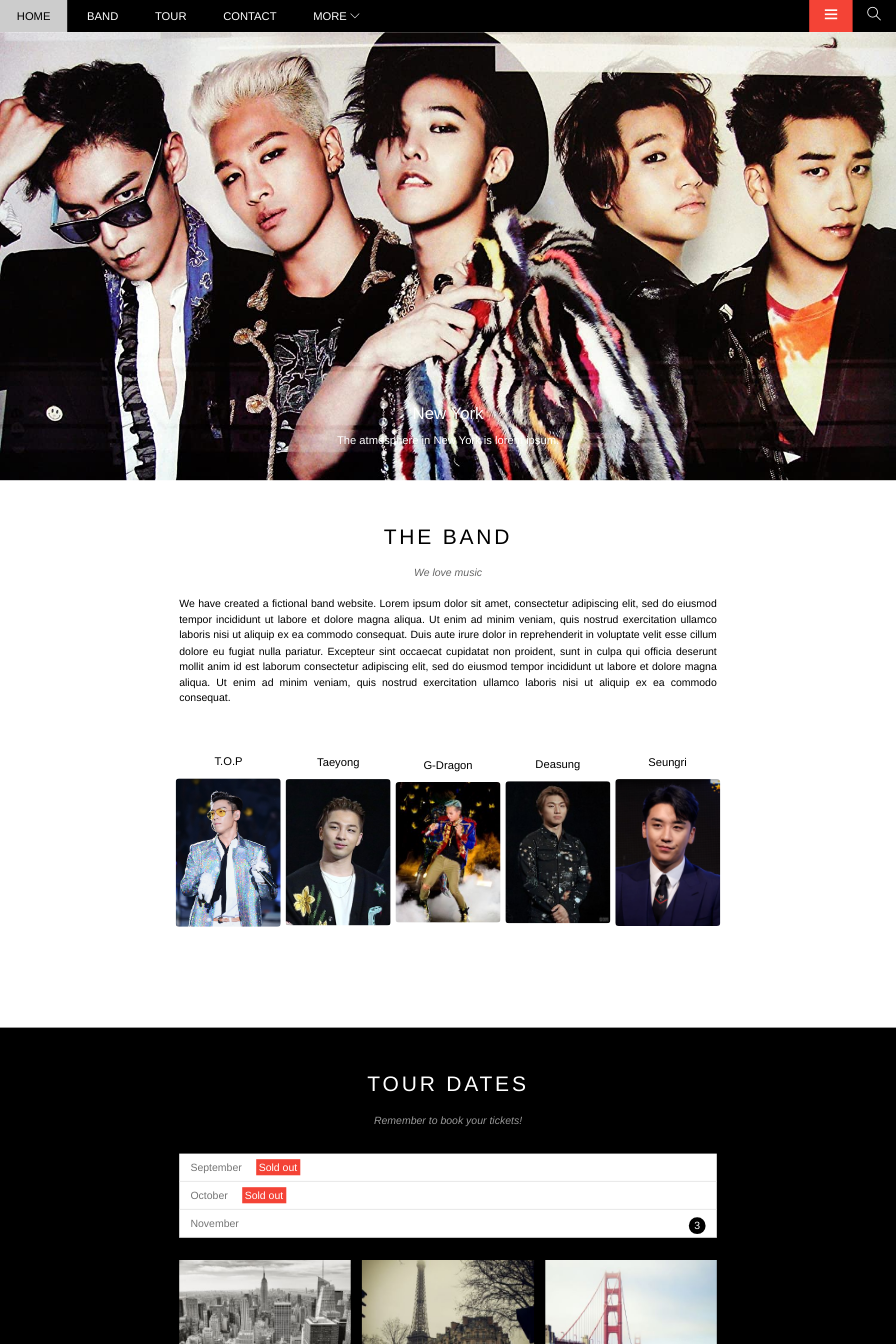
Repository: ThinhTran2k/BigBang-Band-Website
Page: index.html
These files come from the project's save history. The page is drawn as it stood at one moment and after the next save; the edit follows.
The browser window is 1280 px wide. The pictures show the part of the page from y = 0 to 1920 px (the page is 3651 px tall), at 70% of full size.

Above is the page before, as saved 2021-03-15 15:42:54.

### index.html
<!DOCTYPE html>
<html lang="en">
<head>
    <meta charset="UTF-8">
    <meta http-equiv="X-UA-Compatible" content="IE=edge">
    <meta name="viewport" content="width=device-width, initial-scale=1.0">
    <title>Brand</title>
    <link rel="icon" href="asset/img/favicon.png" type="image/x-icon" />
    <link rel="stylesheet" href="./asset/css/style.css">
    <link rel="stylesheet" href="./asset/css/responsive.css">
    <link rel="stylesheet" href="./asset/font/themify-icons/themify-icons.css">
</head>
<body>
    <div class="wrapper">
        <div class="header">
            <!-- Navigation -->
            <ul class="nav">
                <li><a href="#">Home</a></li>
                <li><a href="#band">Band</a></li>
                <li><a href="#tour">Tour</a></li>
                <li><a href="#contact">Contact</a></li>
                <li>
                    <a href="">
                        More
                        <i class="nav-arrow-icon ti-angle-down"></i>
                    </a>
                    <ul class="subnav">
                        <li><a href="#">Merchandise</a></li>
                        <li><a href="#">Extras</a></li>
                        <li><a href="#">Media</a></li>
                    </ul>
                </li>
            </ul>

            <!-- Search -->
            <div class="header__search">
                <i class="header__search-icon ti-search"> </i>
            </div>

            <div class="mobi-menu-responsive">
                <i class="menu-icon ti-menu"></i>
            </div>
        </div>

        <div class="slider">
            <div class="text-content">
                <h2 class="text-heading">New York</h2>
                <div class="text-description">The atmosphere in New York is lorem ipsum.</div>
            </div>
        </div>

        <div class="content" >
            <div class="content-section" id="band">
                <h2 class="section-heading">THE BAND</h2>
                <p class="section-subheading">We love music</p>
                <p class="about">We have created a fictional band website. Lorem ipsum dolor sit amet, consectetur adipiscing elit, sed do eiusmod tempor
                incididunt ut labore et dolore magna aliqua. Ut enim ad minim veniam, quis nostrud exercitation ullamco laboris nisi ut
                aliquip ex ea commodo consequat. Duis aute irure dolor in reprehenderit in voluptate velit esse cillum dolore eu fugiat
                nulla pariatur. Excepteur sint occaecat cupidatat non proident, sunt in culpa qui officia deserunt mollit anim id est
                laborum consectetur adipiscing elit, sed do eiusmod tempor incididunt ut labore et dolore magna aliqua. Ut enim ad minim
                veniam, quis nostrud exercitation ullamco laboris nisi ut aliquip ex ea commodo consequat.
                </p>

                <div class="row member-list">
                    <div class="member-item">
                        <p class="member-name">T.O.P</p>
                        <img src="./asset/img/T.O.P.jpg" alt="name" class="member-img">
                    </div>
                    <div class="member-item">
                        <p class="member-name">Taeyong</p>
                        <img src="./asset/img/Taeyong.jpg" alt="name" class="member-img">
                    </div>
                    <div class="member-item">
                        <p class="member-name">G-Dragon</p>
                        <img src="./asset/img/G-dragon.jpg" alt="name" class="member-img">
                    </div>
                    <div class="member-item">
                        <p class="member-name">Deasung</p>
                        <img src="./asset/img/Deasung.jpg" alt="name" class="member-img">
                    </div>
                    <div class="member-item">
                        <p class="member-name">Seungri</p>
                        <img src="./asset/img/Seung-hyun.png" alt="name" class="member-img">
                    </div>
                </div>
            </div>
            <div class="content-section--black" id="tour">
                <div class="content-section">
                    <h2 class="section-heading text-white">TOUR DATES</h2>
                    <p class="section-subheading text-white">Remember to book your tickets!</p>
                    <!-- Tickets -->
                    <ul class="tickets-list">
                        <li>September <span class="sold-out">Sold out</span></li>
                        <li>October <span class="sold-out">Sold out</span></li>
                        <li>November <span class="quantity">3</span></li>
                    </ul>
                    <!-- Places -->
                    <div class="row place-list">
                        <div class="col col-third">
                            <img src="./asset/img/newyork.jpg" alt="place" class="place-img">
                            <div class="place-content">
                                <h3 class="place-heading">New York</h3>
                                <p class="place-time">Fri 27 Nov 2016</p>
                                <p class="place-desc">Praesent tincidunt sed tellus ut rutrum sed vitae justo.</p>
                                <a href="#" class="place-buy-btn">Buy Tickets</a>
                            </div>
                        </div>
                        <div class="col col-third">
                            <img src="./asset/img/paris.jpg" alt="place" class="place-img">
                            <div class="place-content">
                                <h3 class="place-heading">Paris</h3>
                                <p class="place-time">Sat 28 Nov 2017</p>
                                <p class="place-desc">Praesent tincidunt sed tellus ut rutrum sed vitae justo.</p>
                                <a href="#" class="place-buy-btn">Buy Tickets</a>
                            </div>
                        </div>
                        <div class="col col-third">
                            <img src="./asset/img/sanfran.jpg" alt="place" class="place-img">
                            <div class="place-content">
                                <h3 class="place-heading">San Fancisco</h3>
                                <p class="place-time">Sun 29 Nov 2018</p>
                                <p class="place-desc">Praesent tincidunt sed tellus ut rutrum sed vitae justo.</p>
                                <a href="#" class="place-buy-btn">Buy Tickets</a>
                            </div>
                        </div>
                    </div>
                </div>
            </div>
            <div class="content-section" id="contact">
                <h2 class="section-heading">CONTACT</h2>
                <p class="section-subheading">Fan? Drop a note!</p>

                <div class="row contact-content">
                    <div class="col col-half contact-infor">
                        <p><i class="ti-location-pin"></i>Chicago, US</p>
                        <p><i class="ti-mobile"></i>Phone: +00 151515/p>
                        <p><i class="ti-email"></i>Email: mail@mail.com</p>
                    </div>
                    <div class="col col-half contact-form">
                        <form action="">
                            <div class="row ">
                                <div class="col col-half">
                                    <input type="text" name="" id="" class="form-control" required placeholder="Name">
                                </div>
                                <div class="col col-half">
                                    <input type="email" name="" id="" class="form-control" required placeholder="Email">
                                </div>
                            </div>
                            <div class="row mt-8">
                                <div class="col col-full">
                                    <input type="text" name="" id="" class="form-control" required placeholder="Message">
                                </div>
                            </div>
                            <input type="submit" value="SEND" class="form-btn">
                        </form>
                    </div>
                </div>
            </div>

            <div class="map-section" >
                <img src="./asset/img/map.jpg" alt="map">
            </div>
        </div>

        <div class="footer">
            <div class="social-list">
                <a href=""><i class="ti-facebook"></i></a>
                <a href=""><i class="ti-instagram"></i></a>
                <a href=""><i class="ti-pinterest"></i></a>
                <a href=""><i class="ti-linkedin"></i></a>
                <a href=""><i class="ti-twitter-alter"></i></a>
                <a href=""><i class="ti-dropbox-alt"></i></a>
            </div>
            <p class="copyright">Powered by <a href="#">w3.css</a></p>
        </div>
    </div>
</body>
</html>

### asset/css/style.css
/* Reset CSS */
*{
    padding: 0;
    margin: 0;
    box-sizing: border-box;
}

html {
    scroll-behavior: smooth;
    font-family: Helvetica, Arial , sans-serif;
}

/* Common css */
.text-white {
    color: #fff !important;
}
.row {
    display: flex;
    justify-content: space-between;
    margin-left: -8px;
    margin-right: -8px;
}
.col {
    padding: 0 8px;
}
.col-third {
    width: 33.33%;
}
.col-half {
    width: 50%;
}
.col-full {
    width: 100%;
}
/* end */

/* Main */
.wrapper {

}

.header {
    position: fixed;
    top: 0;
    left: 0;
    right: 0;
    z-index: 1;
    height: 46px;
    background-color: #000;
    overflow: hidden;
}

.nav {
    display: inline-block;
}
.nav .subnav {
    display: none;
    position: absolute;
    top: 100%;
    left: 0;
    min-width: 160px;
    background-color: #fff;
    box-shadow: 0 0 10px rgba(0, 0, 0, 0.3);
}
.nav, .subnav {
    list-style: none;
}
.nav .subnav li:hover, .nav > li:hover > a {
    color: #000;
    background-color: #ccc;
}
.nav .subnav a {
    line-height: 38px;
    padding: 0 16px;
    color: #000;
}

.nav li:hover .subnav {
    display: block;
}
.nav > li {
    display: inline-block;
}
.nav > li > a {
    text-transform: uppercase;
    color: #fff;
}
.nav li{
    position: relative;
}
.nav li a {
    display: block;
    cursor: pointer;
    padding: 0 24px;
    line-height: 46px;
    text-decoration: none;
}
.nav-arrow-icon {
    font-size: 14px;
}
.header .header__search,
.header .mobi-menu-responsive {
    float: right;
    padding: 0 21px;
    line-height: 46px;
}
.header .mobi-menu-responsive,
.header .header__search:hover {
    cursor: pointer;
    background-color: #f44336;
}
.header .menu-icon,
.header__search-icon {
    color: #fff;
    font-size: 20px;
}

.slider {
    position: relative;
    margin-top: 46px;
    padding-top: 50%;
    background-image: url('/asset/img/slider2.jpg');
    background-size: cover;
    background-repeat: no-repeat;
    background-position: top center;
}
.text-content {
    position: absolute;
    color: #fff;
    bottom: 48px;
    left: 50%;
    transform: translateX(-50%);
    text-align: center;
}
.text-heading {
    font-weight: 500;
}
.text-description {
    padding-top: 15px;
}


.content {

}
.content-section {
    width: 800px;
    max-width: 100%;
    margin: 0 auto;
    padding: 64px 16px 112px;
}
.section-heading {
    font-weight: 500;
    font-size: 30px;
    text-align: center;
    letter-spacing: 4px;
}
.section-subheading {
    font-size: 15px;
    text-align: center;
    margin-top: 25px;
    font-style: italic;
    opacity: 0.6;
}
.about {
    margin-top: 25px;
    font-size: 15px;
    text-align: justify;
    line-height: 1.5;
}
.member-list {
    margin-top: 38px;
    padding: 32px 0;
}
.member-item {
    display: flex;
    flex-direction: column;
    align-items: center;
    justify-content: center;
    width: 20%;
}
.member-item .member-name {
    margin-bottom: 15px;
}
.member-item .member-img {
    border-radius: 5px;
    width: 150px;
    object-fit: contain;
}
.content-section--black {
    background-color: #000;
}
.tickets-list {
    list-style: none;
    margin-top: 40px;
    background-color: #fff;
}
.tickets-list li {
    color: #757575;
    font-size: 15px;
    padding: 11px 16px;
    border-bottom: 1px solid #ddd;
}
.sold-out {
    background-color: #f44336;
    padding: 3px 4px;
    color: #fff;
    margin-left: 16px;
}
.quantity {
    float: right;
    width: 24px;
    height: 24px;
    line-height: 24px;
    text-align: center;
    border-radius: 50%;
    background-color: #000;
    color: #fff;
}
.place-list {
    /* kĩ thuật căn lề trái vs lề phải */
    margin-top: 32px;
}
.place-img {
    display: block;
    width: 100%;
    height: 190px;
}
.place-img:hover { opacity: 0.6;}
.place-content {
    font-size: 15px;
    padding: 16px;
    background-color: #fff;
}
.place-heading {
    font-size: 15px;
    font-weight: 600;
}
.place-time {
    color: #757575;
    margin-top: 15px;
}
.place-desc {
    margin-top: 15px;
}
.place-buy-btn {
    display: inline-block;
    color: #fff;
    background-color: #000;
    padding: 11px 16px;
    margin-top: 15px;
    text-decoration: none;
}
.place-buy-btn:hover {color: #000; background-color: #ccc;}
/* Contact Form */
.contact-content {
    margin-top: 48px;
}
.contact-infor {
    font-size: 18px;
    line-height: 1.5;
}
.contact-infor i[class*="ti-"] { width: 30px; display: inline-block;}
.contact-form {
    font-size: 15px;
}
.form-control {
    padding: 10px;
    border: 1px solid #ccc;
    width: 100%;
}
.mt-8 {
    margin-top: 8px;
}
.form-btn {
    display: block;
    margin-left: auto;
    margin-top: 16px;
    margin-bottom: 16px;
    padding: 12px 16px;
    text-align: right;
    border:none;
    color: #fff;
    background-color: #000;
}
.form-btn:hover { background-color: #ccc; cursor: pointer;color: #000;}
/* Map */
.map-section img {
    width: 100%;
}

.footer {
    padding: 64px 16px;
    text-align: center;
}
.footer .social-list {
    font-size: 24px;
}
.footer .social-list a {text-decoration: none; color: rgba(0, 0, 0, 0.6);}
.footer .social-list a:hover ,.footer .copyright a:hover { color: rgba(0, 0, 0, 0.4);}
.footer .copyright {
    margin-top: 15px;
    font-size: 15px;
    color: rgba(0, 0, 0, 0.6);
}
.footer .copyright a {
    color: rgba(0, 0, 0, 0.6);
}

### asset/css/responsive.css
/* Mobile */
@media (max-width: 740px) {
    .nav > li {
        display: block;
    }

    .header .header__search {
        display: none;
    }

    .mobi-menu-responsive {

    }
}

Loaded but not shown: asset/font/themify-icons/themify-icons.css (common file)

After the next save:
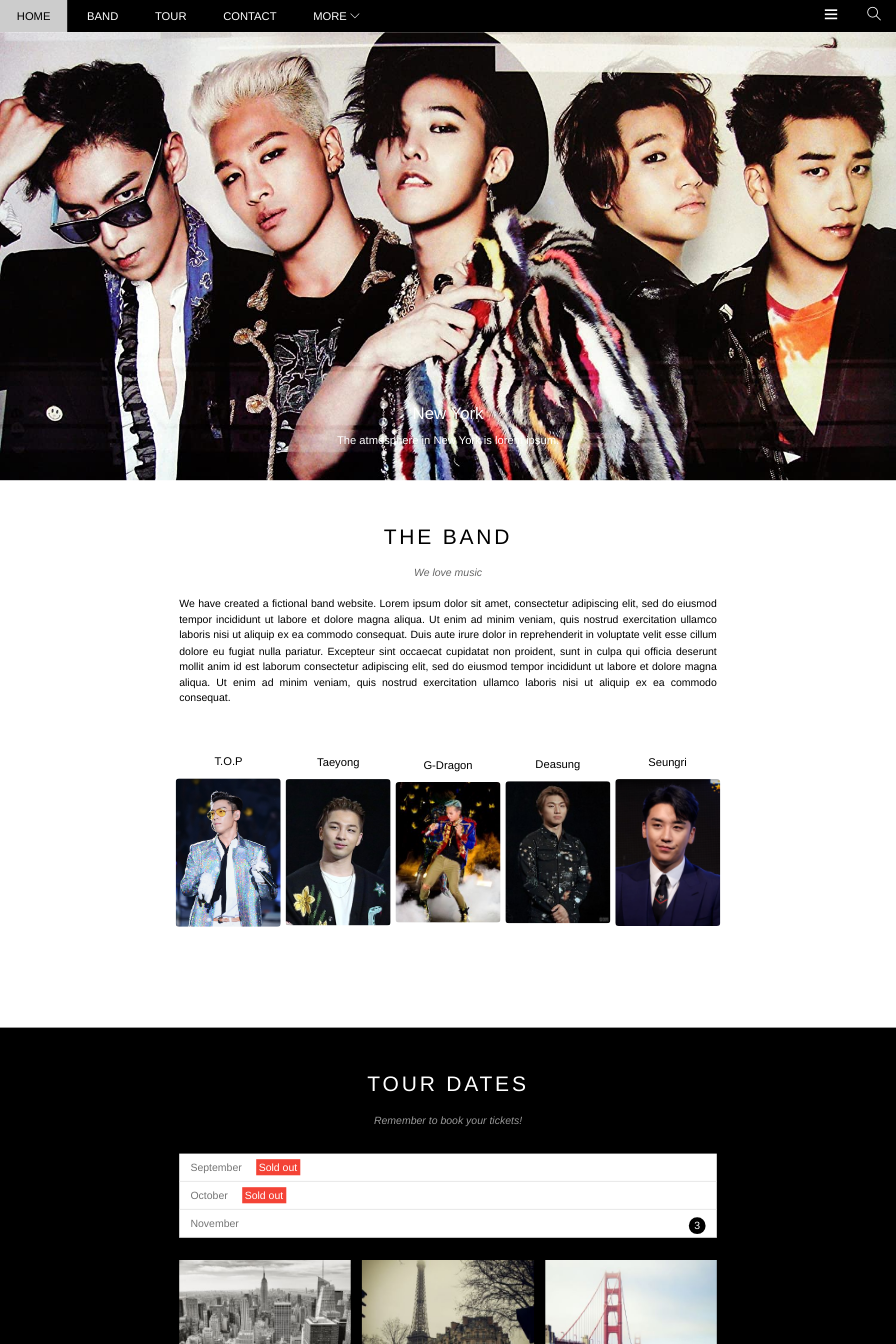
Saved 3 min 35 s later.
--- a/asset/css/style.css
+++ b/asset/css/style.css
@@ -104,7 +104,7 @@
     padding: 0 21px;
     line-height: 46px;
 }
-.header .mobi-menu-responsive,
+
 .header .header__search:hover {
     cursor: pointer;
     background-color: #f44336;
